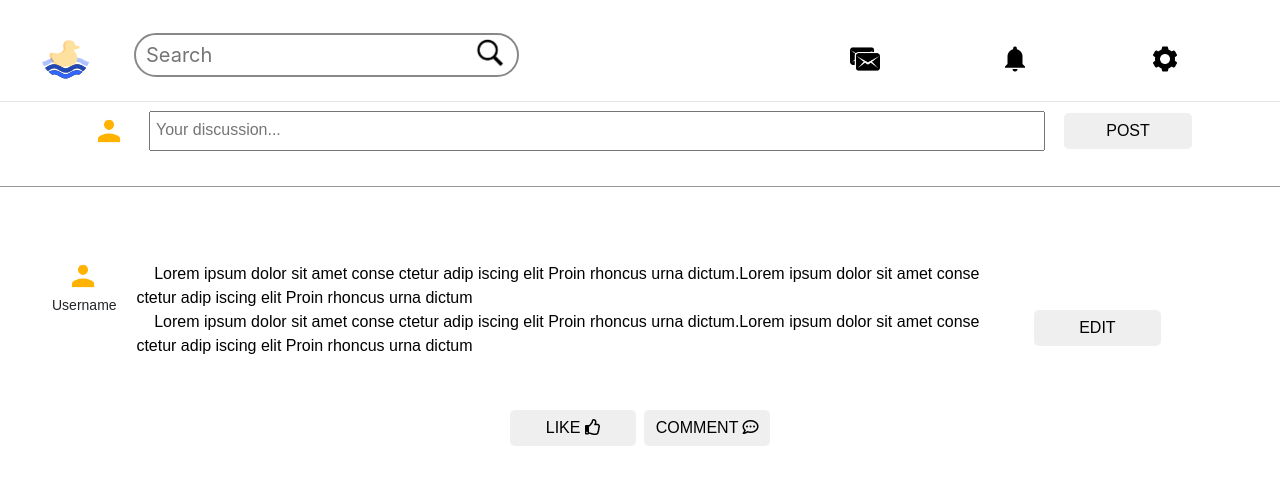
Repository: AOY311/DuckEdu
Page: discusion.html
These files come from the project's save history. The page is drawn as it stood at one moment and after the next save; the edit follows.
The browser window is 1280 px wide. The pictures show the whole page.
Some web libraries are served in a nearby version.

Above is the page before, as saved 2021-10-23 22:25:49.
Not found: comment.css

After the next save:
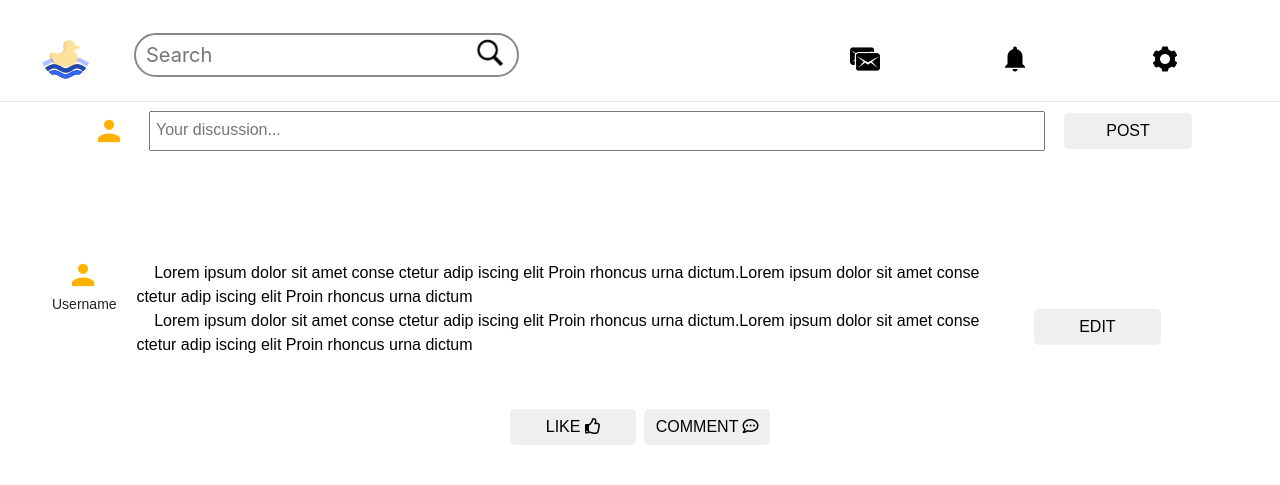
Saved 24 s later.
--- a/discusion.html
+++ b/discusion.html
@@ -143,7 +143,6 @@
             display: flex;
             align-items: center;
             justify-content: center;
-            border-bottom: 1px solid #999;
             padding-bottom: 25px;
         }
 
